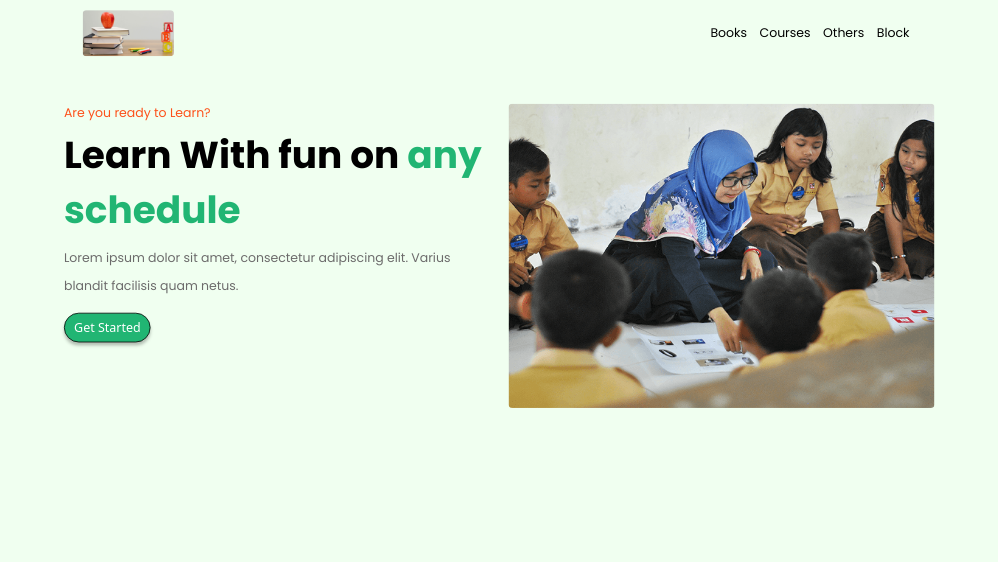
Repository: zjria/Figma-to-E-school
Page: index.html
An editor plug-in stored every save of this project. The page is shown before and after the next save, followed by the edit.
The browser window is 1280 px wide. The pictures show the whole page, at 78% of full size.
Some web libraries are served in a nearby version.

Above is the page before, as saved 2022-05-06 19:33:17.

After the next save:
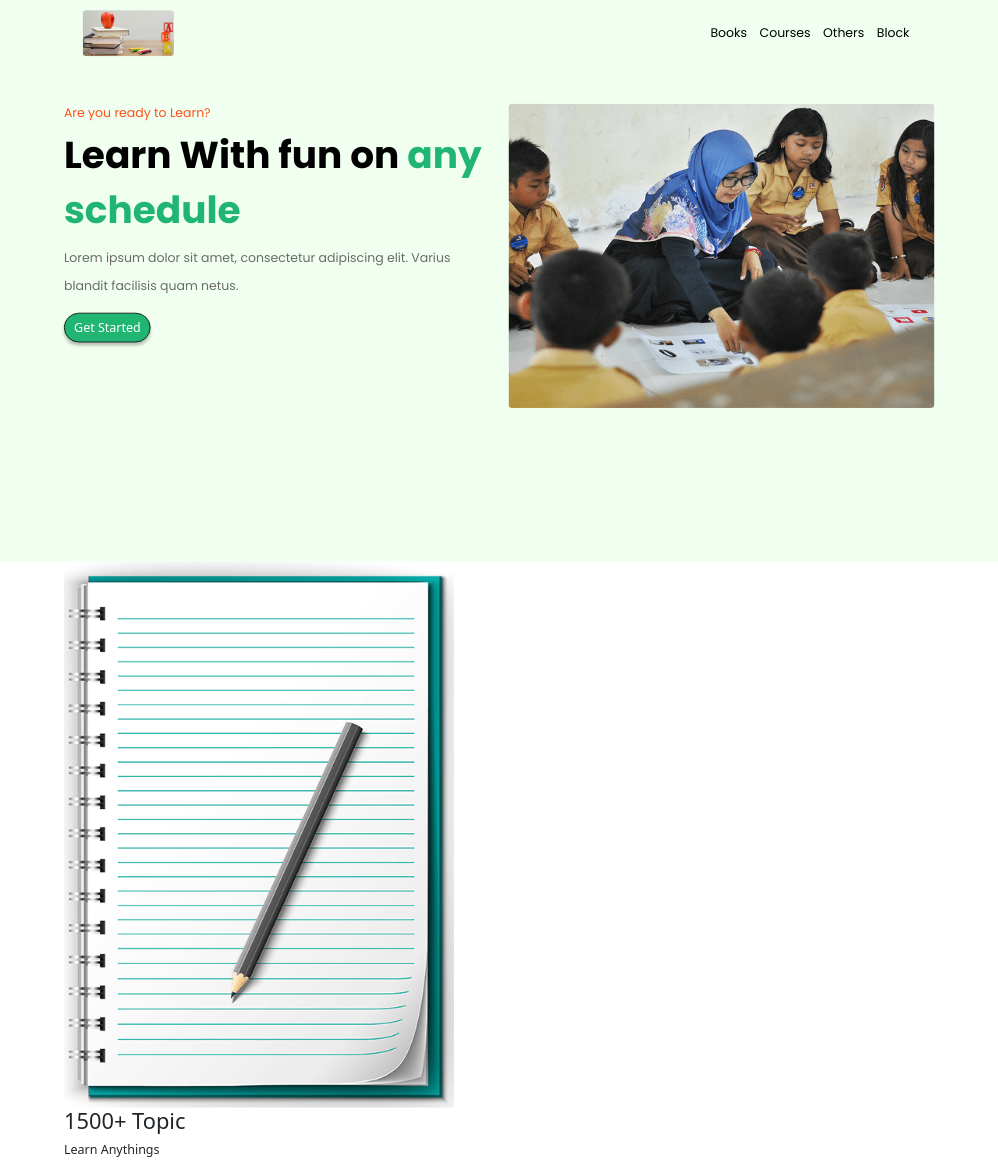
Saved 29 s later.
--- a/index.html
+++ b/index.html
@@ -62,7 +62,22 @@
         </div>
     </section>
 
-
+     <!-- Feature -->
+     <section class="feature">
+      <div class="container">
+        <div class="row">
+          <div class="col-md-3">
+            <div class="feature-content">
+              <img src="images/price-1.png" alt="">
+              <h3>1500+ Topic</h3>
+              <p>Learn Anythings</p>
+            </div>
+          </div>
+          <div class="col-md-3"></div>
+          <div class="col-md-3"></div>
+        </div>
+      </div>
+     </section>
 
 
 
